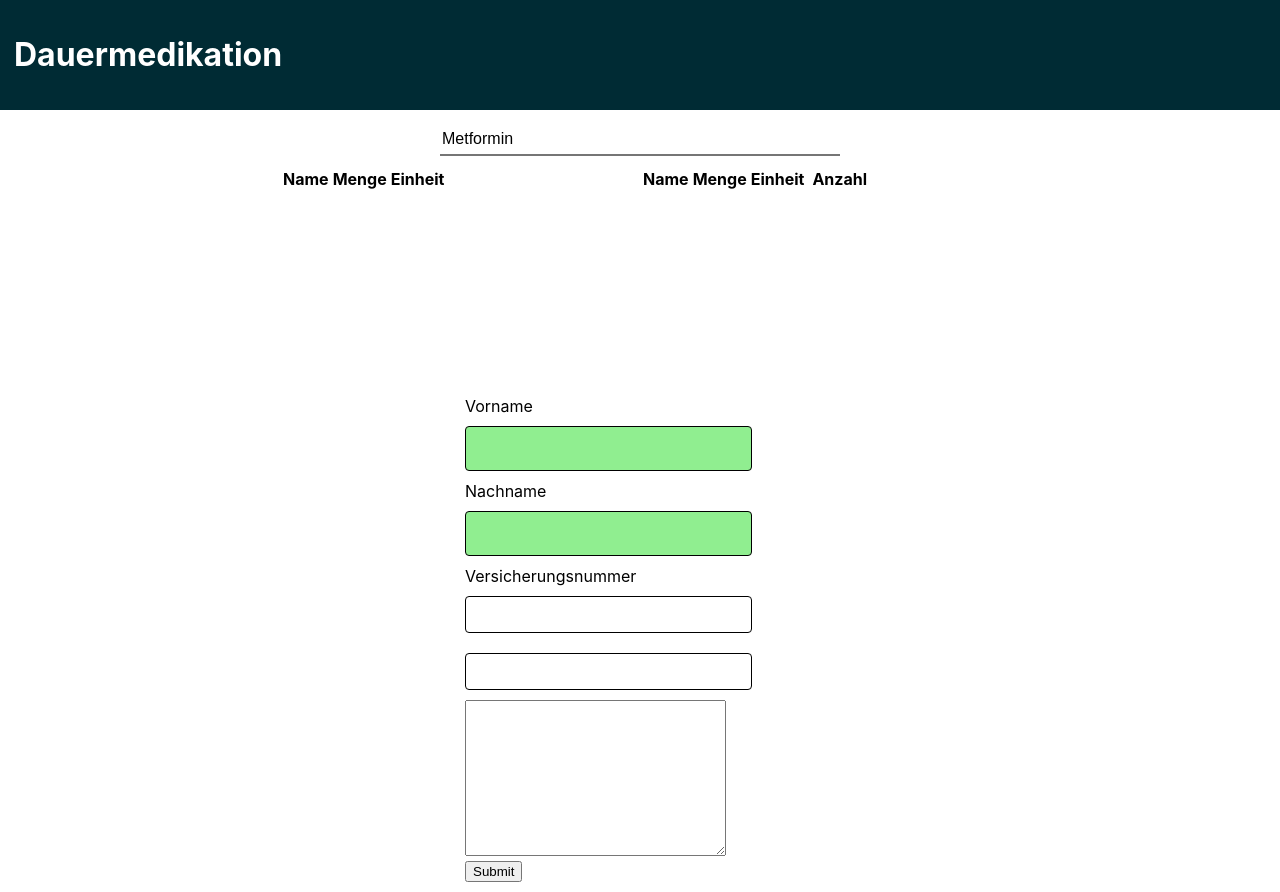
Repository: Esatollah/MedDemo
Page: / (app in client/)
These files come from the project's save history. The page is drawn as it stood at one moment and after the next save; the edit follows.
The browser window is 1280 px wide. The pictures show the whole page.
The page's requests for data from a server got no answer. The project was rebuilt for these pictures with package versions that can differ from the ones it lists, and the page was loaded fresh each time. No one was signed in, and anything a server would have sent is missing. Also part of the build but not shown: client/src/Routes/Bestellungen.jsx.

Above is the page before, as saved 2022-06-10 16:08:15.

### client/src/App.js
import SearchBar from './Routes/Search';
import {BrowserRouter, Routes, Route} from 'react-router-dom'
import Bestellungen from './Routes/Bestellungen';
import ReactModal from 'react-modal';

ReactModal.setAppElement('#root')

function App() {
  return (
    <BrowserRouter>
    <Routes>
      <Route path='/' element={<div><SearchBar/></div>}/>
      <Route path='/bestellungen' element={<div><Bestellungen/></div>}/>
    </Routes>
    </BrowserRouter>
  );
}

export default App;

### client/src/Routes/Search.jsx
import React, { useState, useEffect } from 'react'
import DrugAPI from '../api/DrugAPI';
import Form from '../components/Form';
import Navbar from '../components/Navbar';
import { SearchWrap } from '../Styles/SearchStyles';


const Search = () => {

  const [searchinput, setSearchinput] = useState("Metformin");
  const [drugs, setDrugs] = useState([]);
  const [cartitems, setCartitems] = useState([]);

  useEffect(() => {
    const fetchData = async () => {
      try {
        const result = await DrugAPI.get(`/?drugsearch=${searchinput}`)
        setDrugs(result.data.meds)
      } catch (err) {
        console.error(err);
      }
    }

    fetchData();

  }, [searchinput])

  const handleDrugClick = (e, x) => {
    const is_in_cart = cartitems.some(y => {
      if (y.id === x.id) {
        return true;
      }

      return false;
    })

    if (is_in_cart) {
      return
    }
    let temp = { ...x, anzahl: "1" }
    setCartitems([...cartitems, temp]);
  }

  const handleDelete = (e, x, index) => {
    let temp = [...cartitems]

    temp.splice(index, 1);

    setCartitems(temp);
  }

  const handleCountchange = (e, x, index) => {
    let temps = [...cartitems]
    let temp = {
      ...temps[index],
      anzahl: e.target.value
    }
    temps[index] = temp
    setCartitems(temps);

  }


  return (
    <>
      <Navbar />
        <SearchWrap>

          <input type="search" placeholder="Suche" id="search" value={searchinput} onChange={e => setSearchinput(e.target.value)} />
          <div className='search-container'>
            <div className='table-container'>
              <table className='drugtable'>
                <thead>
                  <tr>
                    <th scope='col'>
                      Name
                    </th>
                    <th scope='col'>Menge</th>
                    <th scope='col'>Einheit</th>
                    <th scope='col'></th>
                  </tr>
                </thead>
                <tbody>
                  {drugs && drugs.map((x) => {
                    return (
                      <tr key={x.id} className="drug-row" >
                        <td className={x.name}>{x.name}</td>
                        <td>{x.menge}</td>
                        <td>{x.mengenart}</td>
                        <td><button onClick={(e) => { handleDrugClick(e, x) }}>+</ button></td>
                      </tr>
                    )
                  })}
                </tbody>

              </table>
            </div>

            <div className='cart-container'>
              <table>
                <thead>
                  <tr>
                    <th scope='col'>
                      Name
                    </th>
                    <th scope='col'>Menge</th>
                    <th scope='col'>Einheit</th>
                    <th scope='col'></th>
                    <th scope='col'>Anzahl</th>
                  </tr>
                </thead>
                <tbody>
                  {cartitems && cartitems.map((x, index) => {
                    if (x.abgabezahl) {
                      return (
                        <tr key={index} className="drug-row" >
                          <td>{x.name}</td>
                          <td>{x.menge}</td>
                          <td>{x.mengenart}</td>
                          <td><button onClick={(e) => handleDelete(e, x, index)}>-</button></td>
                          <td><select onChange={(e) => { handleCountchange(e, x, index) }}><option value="1">1</option><option value="2">2</option></select></td>
                        </tr>
                      )
                    }
                    return (
                      <tr key={index} className="drug-row" >
                        <td>{x.name}</td>
                        <td>{x.menge}</td>
                        <td>{x.mengenart}</td>
                        <td><button onClick={(e) => handleDelete(e, x, index)}>-</button></td>
                        <td>1</td>
                      </tr>
                    )
                  })}
                </tbody>
              </ table>
            </div>
          </div>
        </SearchWrap>

      <Form cartitems={cartitems} setCartitems={setCartitems} />
    </>
  )
}

export default Search

### client/src/api/DrugAPI.js
import axios from 'axios'

export default axios.create({
    baseURL: "http://localhost:5000/api"
})

### client/src/components/Form.jsx
import React, {useState}from 'react'
import DrugAPI from '../api/DrugAPI'
import { FormWrap } from '../Styles/FormStyles';
const Form = props => {

    const [fname, setFname] = useState('');
    const [lname, setLname] = useState('');
    const [vpin, setVpin] = useState('');
    const [vbday, setVbday] = useState('');
    const [anmerkungen, setAnmerkungen] = useState('');

    const handleSubmit = (e) => {

        e.preventDefault();
        const formdata = {
            fname,
            lname,
            vpin,
            vbday,
            anmerkungen
        }

        const fetchData = async () =>{
            try {
            await DrugAPI.post("/", {drugs:{...props.cartitems}, ...formdata})
            } catch (error) {
                console.error(error);
            }
    }

    fetchData();

    setFname('');setLname('');setVpin('');setVbday('');setAnmerkungen('');
    props.setCartitems([]);

}


  return (
    <FormWrap>
        <form onSubmit={(e) =>handleSubmit(e)}>
            <label htmlFor="fname">Vorname</label><br />
            <input className="Names"type="text" value={fname} id="fname" name="fname" onChange={(e)=> setFname(e.target.value)}required/><br/>
            <label htmlFor="lname">Nachname</label><br />
            <input className="Names"type="text" id="lname" value={lname} onChange={(e) => setLname(e.target.value)}name="lname" required /><br/>
            <label htmlFor="pin">Versicherungsnummer  </label> <br/>
            <input type="text" id="pin" value={vpin} onChange={(e) => setVpin(e.target.value)} name="pin" size="4" minLength="4"maxLength="4" required/>
            <input type="text" id="bday" value={vbday} onChange={(e) => setVbday(e.target.value)} name="bday" size="6" minLength={6} maxLength={6} required/> <br/>
            <textarea value={anmerkungen} onChange={(e) => setAnmerkungen(e.target.value)} name="message" rows="10" cols="30" className='textarea'>
            </textarea> <br/>
            <input type="submit" value="Submit" ></input><br />
        </form>
    </FormWrap>

  )
}

export default Form

### client/src/components/Navbar.jsx
import React from 'react'
import { NavWrap } from '../Styles/NavbarStyles'
const Navbar = () => {
  return (
    <NavWrap>
        <h1>Dauermedikation</h1>
    </NavWrap>
  )
}

export default Navbar

### client/src/Styles/SearchStyles.js
import styled from 'styled-components';

export const SearchWrap = styled.div`

    display: flex;
    flex-direction: column;
    align-items: center;
             margin: auto;

    @media(min-width: 1000px) {
             width: 1000px;

         }

    #search {
    width:50%;
    height: 2rem;
    outline:none;
    border-top: hidden;
    border-right: hidden;
    border-left: hidden;
    font-size: 1rem;@media(min-width: 1000px) {
             width: 40%;
         }
    margin-bottom: 10px;
}

.table-container {
    max-height: 200px;
    max-width: 80%;
    overflow-y: auto;
}


.drug-row:hover {
    background-color: beige;
}

.drugtable tbody tr {
border: 1px;
}

.search-container {
    width: 90%;

    @media(min-width: 1000px) {
        display:flex;
        flex-direction: row;
        justify-content: center;
    }

    .table-container {
        width :100%;
        height: 250px;
        display:flex;
         @media(min-width: 1000px) {
             width: 40%;
             display:flex;
             height: 400px;
         }
    }

    .cart-container {
        width: 100%;
        display:flex;
        @media(min-width: 1000px) {
             width: 40%;
             display:flex;
         }
    }
}

td {
    padding:5px;
}

`;

### client/src/Styles/FormStyles.js
import styled from 'styled-components';

export const FormWrap = styled.div`
    display:flex;
    margin:auto;
    max-width:350px;
    margin-top: 20px;
    padding:10px;

    input[type=text] {
        display:inline-block;
        width: 100%;
        padding: 10px;
        box-sizing: border-box;
        border-radius: 4px;
        border: .5px solid;
        margin: 10px 0;
    }
    .Names {
        width: 100%;
        padding: 10px;
        margin:10px 0;
        border-radius: 4px;
        border: none;
        background: lightgreen;
        font-size:20px
    }
`;

### client/src/Styles/NavbarStyles.js
import styled from "styled-components"

export const NavWrap = styled.div`
    width:100%;
    padding: 14px 0;
    background-color: #002b34;
    margin-bottom: 14px;
    h1 {
        margin-left: 14px;
        color: #fff
    }
`;

Loaded but not shown: client/public/index.html (common file); client/src/index.js (common file); client/src/index.css (common file)

After the next save:
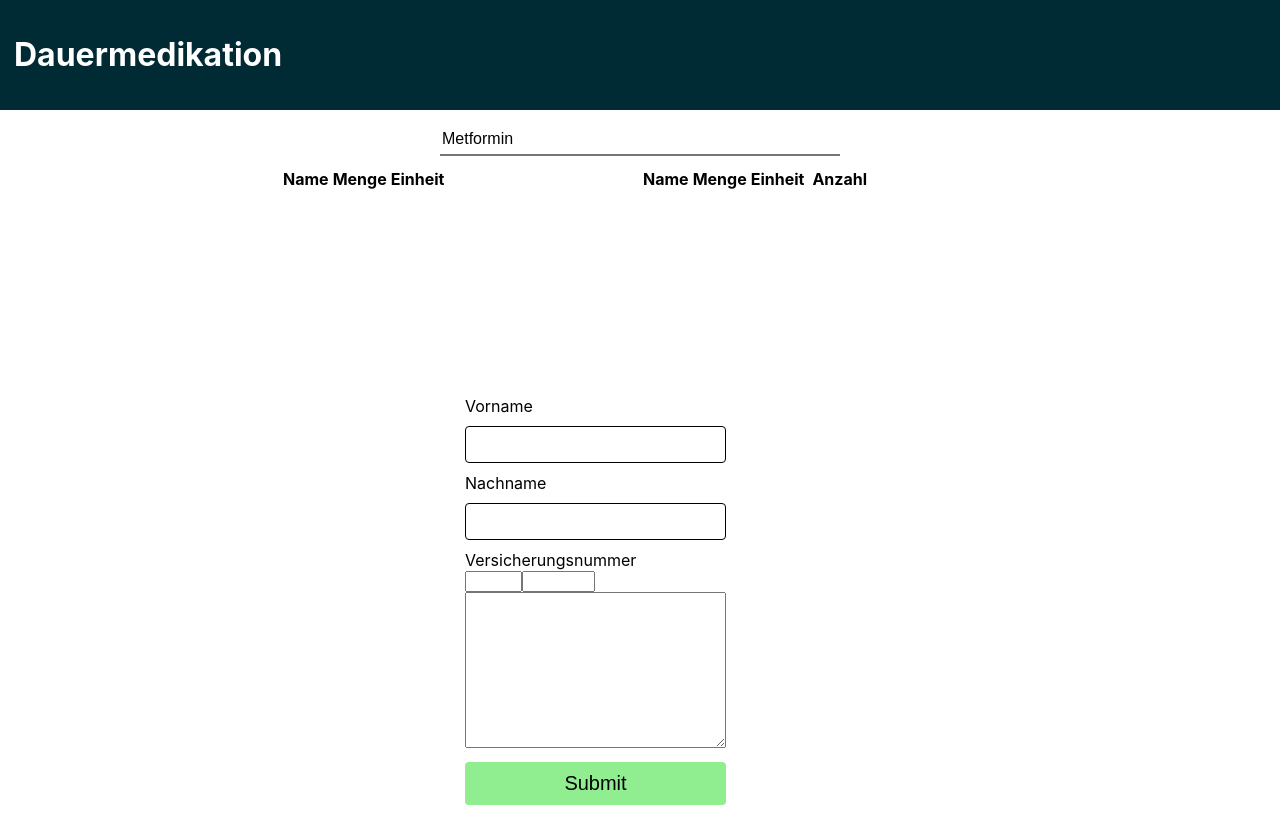
Saved 15 s later.
--- a/client/src/Styles/FormStyles.js
+++ b/client/src/Styles/FormStyles.js
@@ -7,7 +7,7 @@ export const FormWrap = styled.div`
     margin-top: 20px;
     padding:10px;
 
-    input[type=text] {
+    .Names {
         display:inline-block;
         width: 100%;
         padding: 10px;
@@ -16,7 +16,7 @@ export const FormWrap = styled.div`
         border: .5px solid;
         margin: 10px 0;
     }
-    .Names {
+    input[type=submit] {
         width: 100%;
         padding: 10px;
         margin:10px 0;
